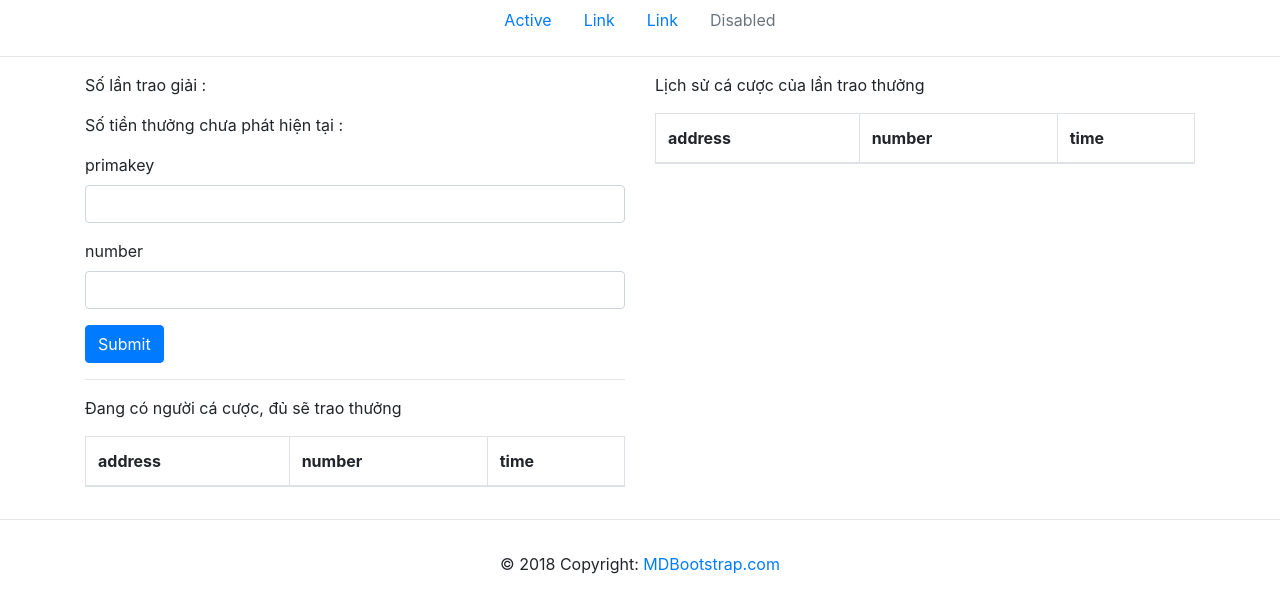
Repository: tienvins/vinsofts-blockchain-training-Oct2018
Page: views/home/index.ejs
The author's editor kept a copy of each file at every save. The page is drawn from the files as they stood at one save, then again after the next save.
The browser window is 1280 px wide. The pictures show the whole page.
The page is served by the project's Node server (index.js). Other server files are loaded and not shown. The template is opened directly, without the code that normally fills it, so the values that code supplies are empty.

Above is the page before, as saved 2018-11-06 14:14:06.

### tunglt/dappbetting/views/home/index.ejs
<% include ../layouts/header.ejs %>
<!-- Header End -->
<hr>
<div class="container">
  <div class="row">
    <div class="col-md-6">
      <p>Số lần trao giải :
        <%=sovongdaquaythuong%>
      </p>
      <p>Số tiền thưởng chưa phát hiện tại :
        <%=sotiendangcon%>
      </p>
      <form method="POST" action="transfer">
        <div class="form-group">
          <label>primakey</label>
          <input type="text" class="form-control" name="privatekey">
        </div>
        <div class="form-group">
          <label>number</label>
          <input type="number" class="form-control" name="money">
        </div>
        <button type="submit" class="btn btn-primary">Submit</button>
      </form>
      <hr>

      <p>Đang có
        <%=songchoi%> người cá cược, đủ
        <%=songsetraothuong%> sẽ trao thưởng</p>
      <table class="table table-bordered">
        <thead>
          <tr>
            <th>address</th>
            <th>number</th>
            <th>time</th>
          </tr>
        </thead>
        <tbody>
          <% historys.forEach(function(history){ var id = 0; %>
          <tr>
            <td>
              <%=history[0]%>
            </td>
            <td>
              <%=history[1]%>
            </td>
            <td>
              <%=history[2]%>
            </td>
          </tr>
          <% })%>
        </tbody>
      </table>
    </div>
    <div class="col-md-6">
      <p>Lịch sử cá cược của lần trao thưởng  <%=sovongdaquaythuong%></p>
      <table class="table table-bordered">
          <thead>
            <tr>
              <th>address</th>
              <th>number</th>
              <th>time</th>
            </tr>
          </thead>
          <tbody>
            <% historys2.forEach(function(history){ var id = 0; %>
            <tr>
              <td>
                <%=history[0]%>
              </td>
              <td>
                <%=history[1]%>
              </td>
              <td>
                <%=history[2]%>
              </td>
            </tr>
            <% })%>
          </tbody>
        </table>
    </div>
  </div>
</div>
<hr>
<!-- Footer -->
<% include ../layouts/footer.ejs %>

### tunglt/dappbetting/views/layouts/header.ejs
<!DOCTYPE html>
<html lang="en">
<head>
<meta charset="utf-8">
<title>SimpleOne - A Responsive Html5 Ecommerce Template</title>
<meta name="viewport" content="width=device-width, initial-scale=1.0">
<meta name="description" content="">
<meta name="author" content="">
<link rel="stylesheet" href="https://stackpath.bootstrapcdn.com/bootstrap/4.1.3/css/bootstrap.min.css" integrity="sha384-MCw98/SFnGE8fJT3GXwEOngsV7Zt27NXFoaoApmYm81iuXoPkFOJwJ8ERdknLPMO" crossorigin="anonymous">

<!-- HTML5 shim, for IE6-8 support of HTML5 elements -->
<!--[if lt IE 9]>
      <script src="http://html5shim.googlecode.com/svn/trunk/html5.js"></script>
    <![endif]-->
<!-- fav -->
<link rel="shortcut icon" href="assets/ico/favicon.html">
</head>
<body>
<!-- Header Start -->
<ul class="nav justify-content-center">
  <li class="nav-item">
    <a class="nav-link active" href="#">Active</a>
  </li>
  <li class="nav-item">
    <a class="nav-link" href="#">Link</a>
  </li>
  <li class="nav-item">
    <a class="nav-link" href="#">Link</a>
  </li>
  <li class="nav-item">
    <a class="nav-link disabled" href="#">Disabled</a>
  </li>
</ul>

### tunglt/dappbetting/views/layouts/footer.ejs
<!-- Footer -->
<footer class="page-footer font-small blue">

  <!-- Copyright -->
  <div class="footer-copyright text-center py-3">© 2018 Copyright:
    <a href="https://mdbootstrap.com/bootstrap-tutorial/"> MDBootstrap.com</a>
  </div>
  <!-- Copyright -->

</footer>
<!-- Footer -->
<!-- javascript
    ================================================== -->
<!-- Placed at the end of the document so the pages load faster -->
<script src="https://cdnjs.cloudflare.com/ajax/libs/jquery/3.3.1/jquery.min.js"></script>

<script src="https://code.jquery.com/jquery-3.3.1.slim.min.js" integrity="sha384-q8i/X+965DzO0rT7abK41JStQIAqVgRVzpbzo5smXKp4YfRvH+8abtTE1Pi6jizo" crossorigin="anonymous"></script>
<script src="https://cdnjs.cloudflare.com/ajax/libs/popper.js/1.14.3/umd/popper.min.js" integrity="sha384-ZMP7rVo3mIykV+2+9J3UJ46jBk0WLaUAdn689aCwoqbBJiSnjAK/l8WvCWPIPm49" crossorigin="anonymous"></script>
<script src="https://stackpath.bootstrapcdn.com/bootstrap/4.1.3/js/bootstrap.min.js" integrity="sha384-ChfqqxuZUCnJSK3+MXmPNIyE6ZbWh2IMqE241rYiqJxyMiZ6OW/JmZQ5stwEULTy" crossorigin="anonymous"></script>
</body>
</html>

### tunglt/dappbetting/index.js
const express  = require('express');
var path       = require('path');
const app      = express();
const bodyParser = require('body-parser');
app.use(bodyParser.urlencoded({ extended: false }));


app.listen(3000, () => console.log('Example app listening on port 3000!'))

app.use(express.static(path.join(__dirname, 'public')));
app.set('views', path.join(__dirname, 'views'));
app.set('view engine', 'ejs');

var index = require('./routes/index');
app.use('/',index);

After the next save:
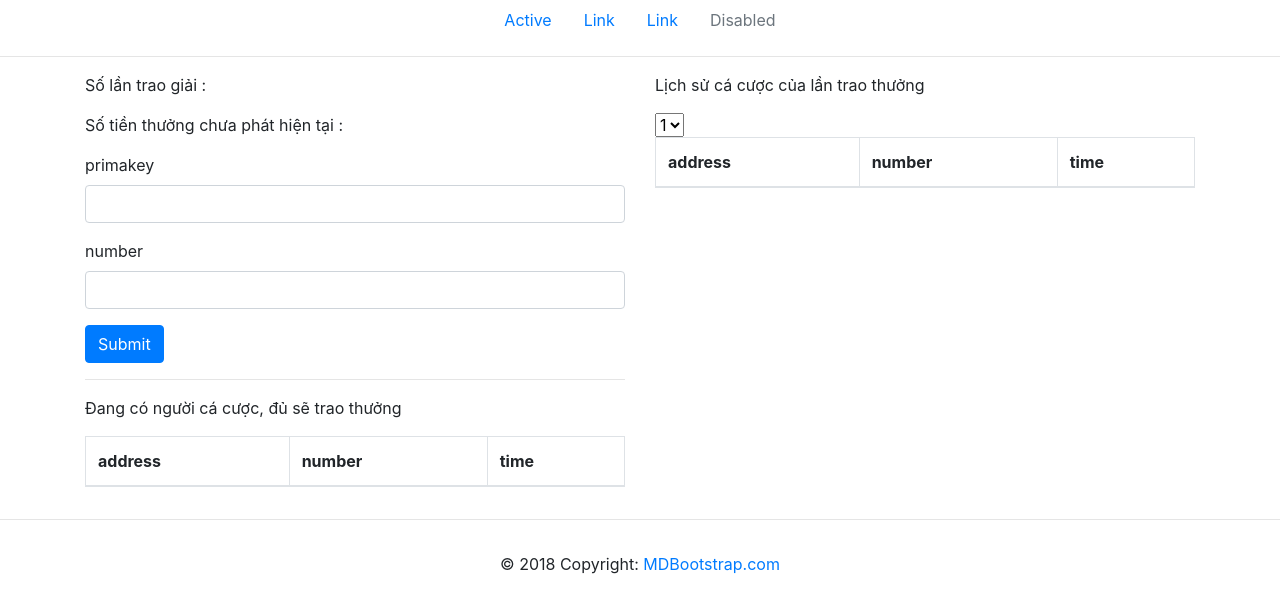
Saved 2 min 9 s later.
--- a/tunglt/dappbetting/views/home/index.ejs
+++ b/tunglt/dappbetting/views/home/index.ejs
@@ -53,6 +53,11 @@
     </div>
     <div class="col-md-6">
       <p>Lịch sử cá cược của lần trao thưởng  <%=sovongdaquaythuong%></p>
+      <form method="POST" action="transfer">
+        <select name="sovongdaquaythuong" id="sovongdaquaythuong">
+          <option value="1">1</option>
+        </select>
+      </form>
       <table class="table table-bordered">
           <thead>
             <tr>
